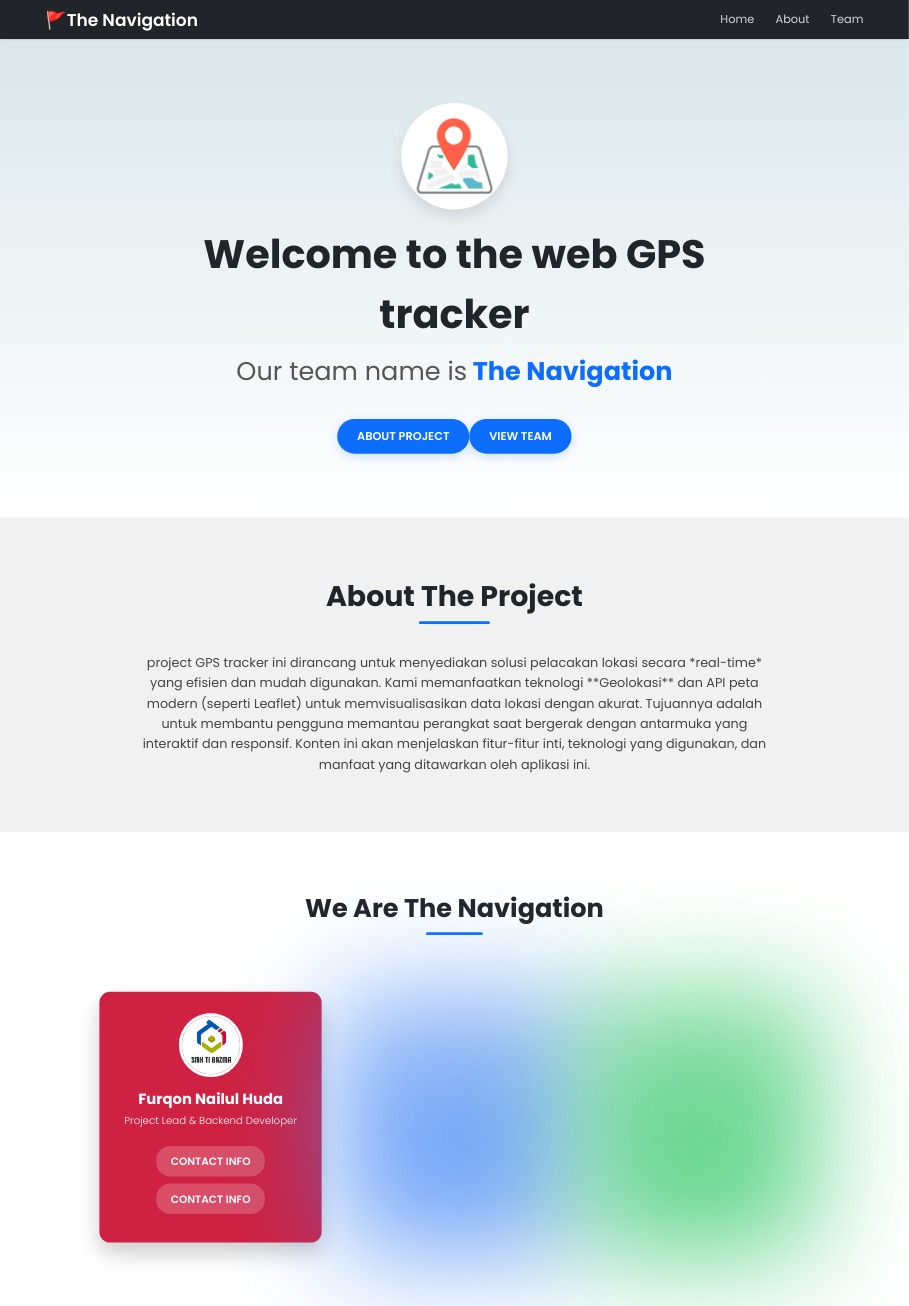
Repository: ammarsetiawan/gps-traker
Page: about.html
An editor plug-in stored every save of this project. The page is shown before and after a run of saves, followed by the edit.
The browser window is 1280 px wide. The pictures show the whole page, at 71% of full size.
The pointer rests on the first visible `.cards .card`.

Above is the page before, as saved 2025-11-27 16:55:36.

After the next 2 saves:
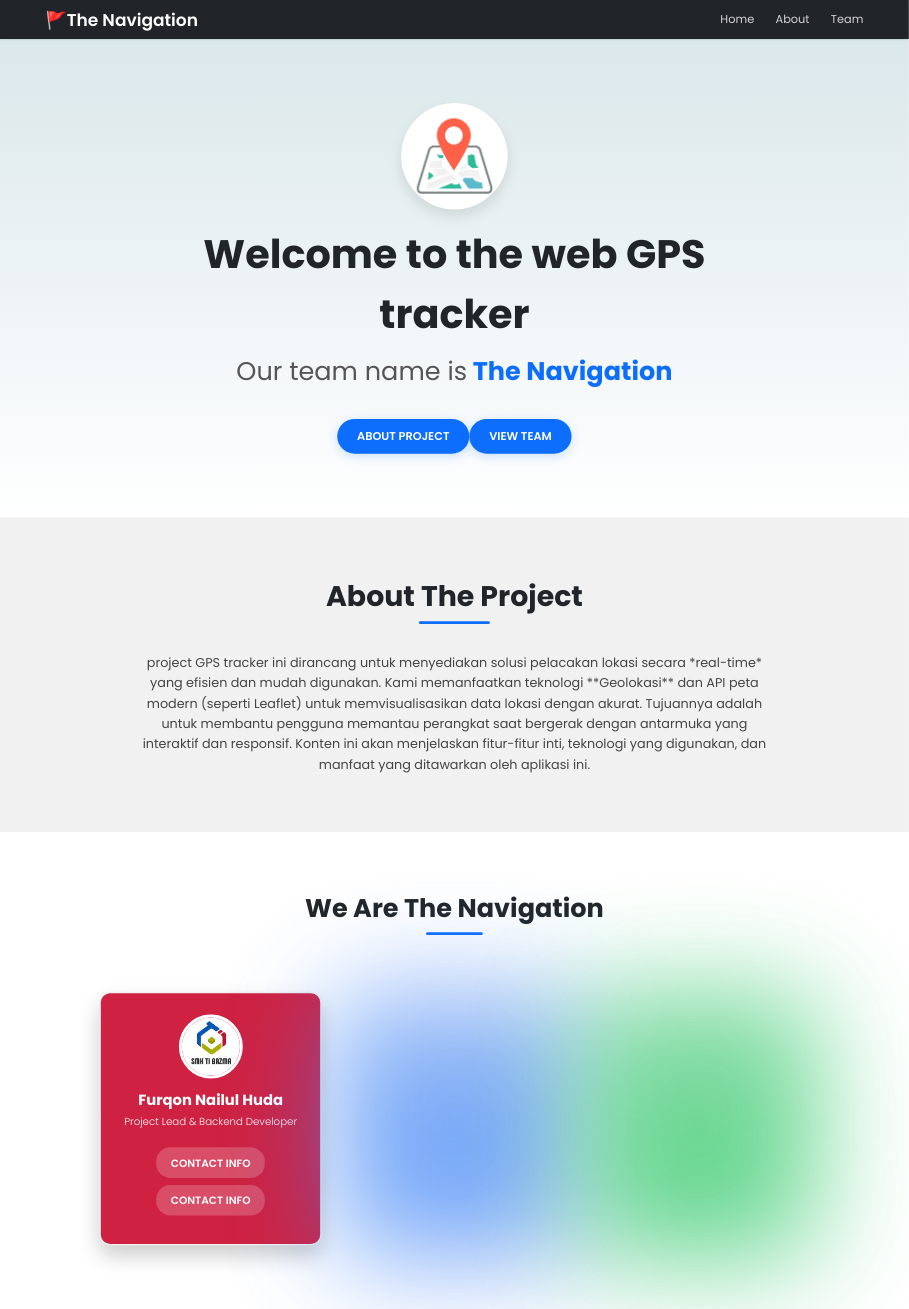
The 2 saves are shown as one change because they came seconds apart.
The last was saved 8 s later.
--- a/about.html
+++ b/about.html
@@ -352,7 +352,7 @@
 
         .cards .card:hover {
             transform: translateY(-10px);
-            border: #f1f1f1 2px;
+            border: #f1f1f1 2px solid;
             box-shadow: 0 15px 30px rgba(0, 0, 0, 0.2);
         }
 
